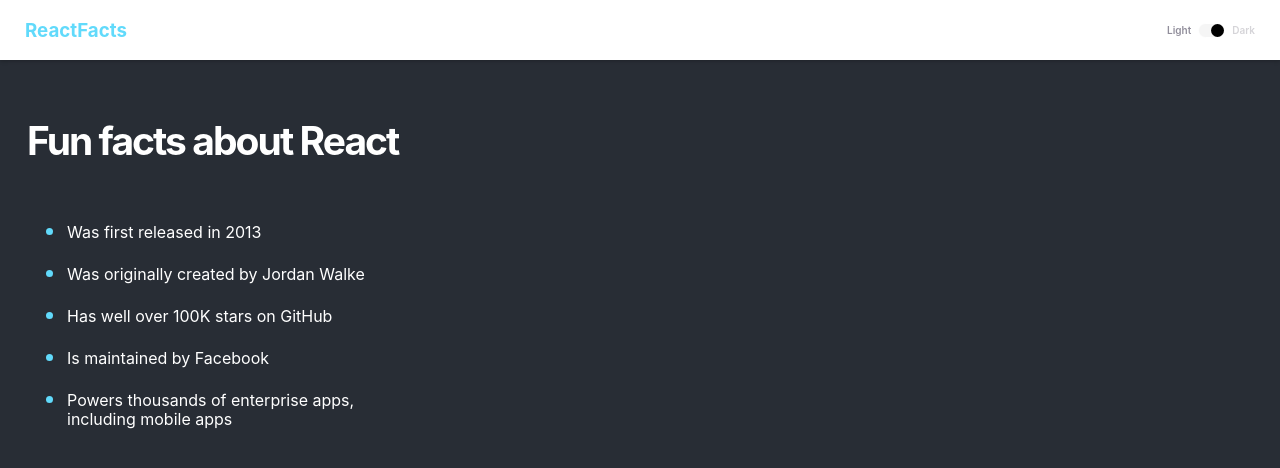
Repository: BuduCE/react_facts
Page: /
These files come from the project's save history. The page is drawn as it stood at one moment and after the next save; the edit follows.
The browser window is 1280 px wide. The pictures show the whole page.
The project was rebuilt for these pictures with package versions that can differ from the ones it lists, and the page was loaded fresh each time. Also part of the build but not shown: src/App.css.

Above is the page before, as saved 2022-10-06 23:18:35.

### src/index.css
body {
  margin: 0;
  font-family: -apple-system, BlinkMacSystemFont, 'Segoe UI', 'Roboto', 'Oxygen',
    'Ubuntu', 'Cantarell', 'Fira Sans', 'Droid Sans', 'Helvetica Neue',
    sans-serif;
  -webkit-font-smoothing: antialiased;
  -moz-osx-font-smoothing: grayscale;
}

code {
  font-family: source-code-pro, Menlo, Monaco, Consolas, 'Courier New',
    monospace;
}
* {
  box-sizing: border-box;
}

h1,
h2,
h3,
h4,
h5,
h6,
p {
  margin: 0;
}

body {
  margin: 0;
}

.container {
  display: flex;
  flex-direction: column;
  height: 100vh;
}

/* NAV styles */

nav {
  display: flex;
  align-items: center;
  padding: 30px 25px;
  height: 60px;
  box-shadow: 0px 1px 4px rgba(0, 0, 0, 0.25);
  z-index: 1;
}

nav.dark {
  background-color: #21222A;
}

nav.dark {
  background-color: #ffffff;
}

.nav--logo_icon {
  width: 30px;
  margin-right: 10px;
}

.nav--logo_text {
  color: #61DAFB;
  margin-right: auto;
}

.nav--title {
  color: #DEEBF8;
}

.toggler {
  display: flex;
  align-items: center;
}

.toggler p {
  font-size: 0.625rem;
  font-weight: 600;
}

.toggler--slider {
  width: 25px;
  height: 13px;
  background-color: #2B283A;
  border-radius: 2rem;
  margin-inline: 7px;
  cursor: pointer;
  display: flex;
  justify-content: flex-start;
  align-items: center;
  border: 1px solid black;
  box-sizing: content-box;
}

nav.dark .toggler--slider {
  border-color: white;
  background-color: #F5F5F5;
}

.toggler--slider--circle {
  height: 13px;
  width: 13px;
  background-color: white;
  border-radius: 50%;
}

nav.dark .toggler--slider--circle {
  background-color: black;
}

.toggler--light {
  color: #2B283A;
}

nav.dark .toggler--light {
  color: #918E9B;
}

.toggler--dark {
  color: #D5D4D8;
}

nav.dark .toggler-dark {
  color: #FFFFFF;
}

nav.dark .toggler--slider {
  justify-content: flex-end;
}

/* MAIN styles */
main {
  padding: 57px 27px;
  /* background-image: url("./images/react-icon-light.png"); */
  background-repeat: no-repeat;
  background-position: right center;
  flex: 1 1 auto;
}

main.dark {
  /* background-image: url("./images/react-icon-dark.png"); */
  background-color: #282D35;
  color: white;
}

main.light {
  background-color: white;
  color: #2B283A;
}

.main--title {
  margin: 0;
  font-size: 39px;
  letter-spacing: -0.05em;
}

.main--facts {
  margin-top: 46px;
  max-width: 400px;
}

.main--facts>li {
  line-height: 19px;
  padding-block: 10px;
}

.main--facts>li::marker {
  font-size: 1.4rem;
  color: #61DAFB;
}

### src/App.js
import './App.css';
import Main from './components/Main';
import Navbar from './components/Navbar';

function App() {
  const mode = () => {

  }

  const switchDarkMode = () => {

  }
  return (
    <div className="container">
      <Navbar toggleDarkMode={switchDarkMode} darkMode={mode}/>
      <Main darkMode={mode}/>
    </div>
  );
}

export default App;

### src/components/Main/index.jsx
import React from "react"

export default function Main(props) {
    return (
        <main className={props.darkMode ? "dark" : "light"}>
            <h1 className="main--title">Fun facts about React</h1>
            <ul className="main--facts">
                <li>Was first released in 2013</li>
                <li>Was originally created by Jordan Walke</li>
                <li>Has well over 100K stars on GitHub</li>
                <li>Is maintained by Facebook</li>
                <li>Powers thousands of enterprise apps, including mobile apps</li>
            </ul>
        </main>
    )
}

### src/components/Navbar/index.jsx
import React from "react"

export default function Navbar(props) {
    return (
        <nav
            className={props.darkMode ? "dark" : "light"}
        >
            {/* <img
                className="nav--logo_icon"
                src="./images/react-icon-small.png"
            /> */}
            <h3 className="nav--logo_text">ReactFacts</h3>

            <div
                className="toggler"
            >
                <p className="toggler--light">Light</p>
                <div
                    className="toggler--slider"
                    onClick={props.toggleDarkMode}
                >
                    <div className="toggler--slider--circle"></div>
                </div>
                <p className="toggler--dark">Dark</p>
            </div>
        </nav>
    )
}

Loaded but not shown: public/index.html (common file); src/index.js (common file); src/reportWebVitals.js (common file)

After the next save:
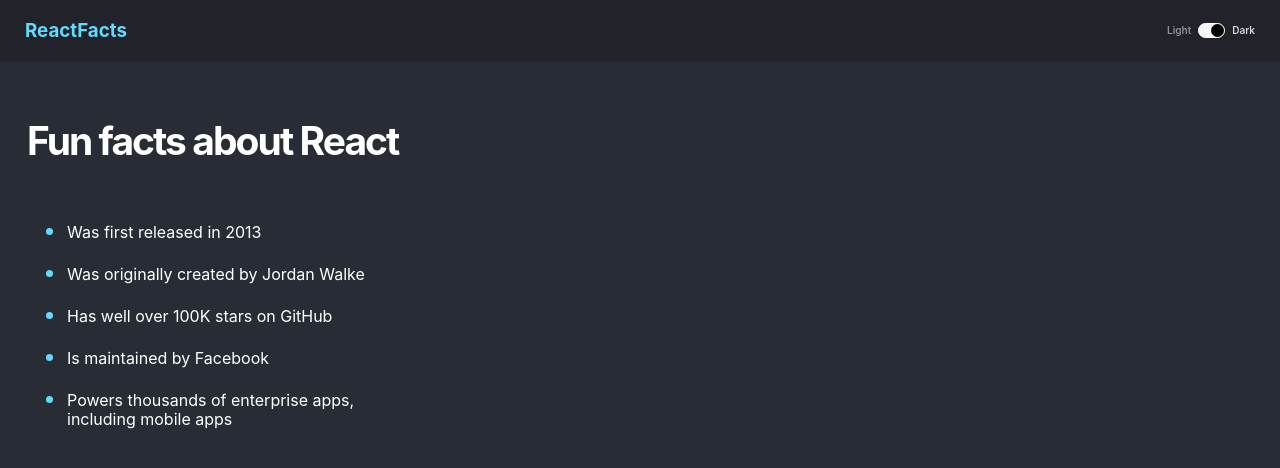
Saved 8 s later.
--- a/src/index.css
+++ b/src/index.css
@@ -50,7 +50,7 @@
   background-color: #21222A;
 }
 
-nav.dark {
+nav.light {
   background-color: #ffffff;
 }
 
